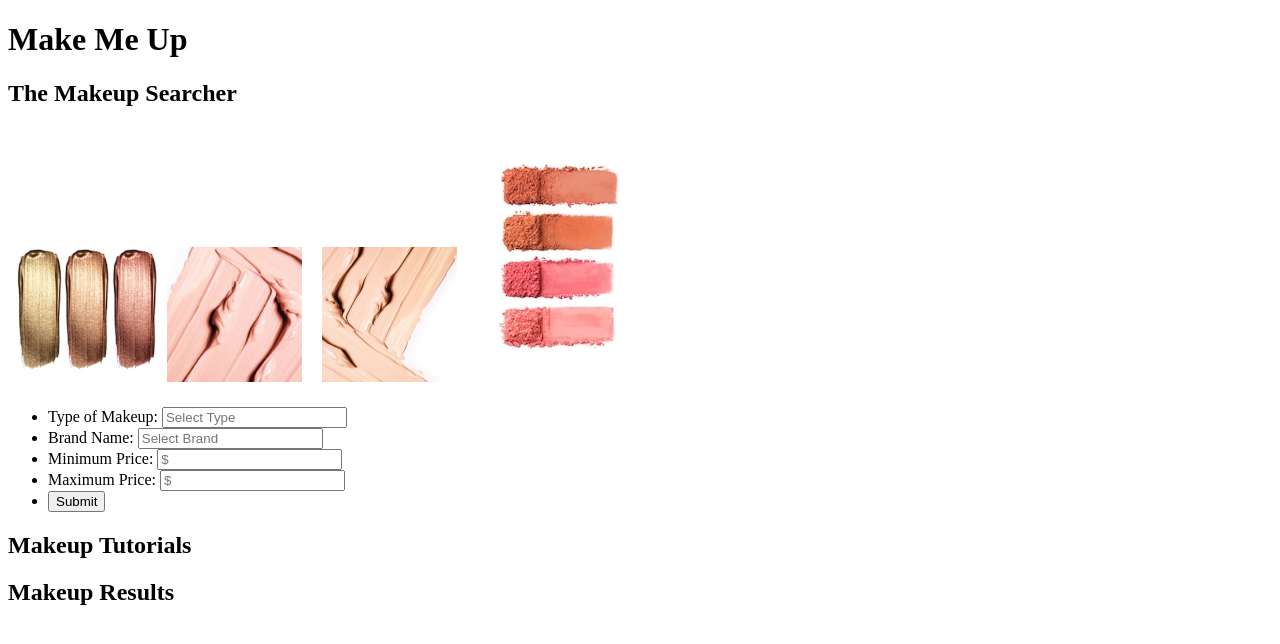
Repository: kaitlynMidori/MakeMeUp
Page: index.html
An editor plug-in stored every save of this project. The page is shown before and after the next save, followed by the edit.
The browser window is 1280 px wide. The pictures show the whole page.

Above is the page before, as saved 2020-12-14 12:06:08.

After the next save:
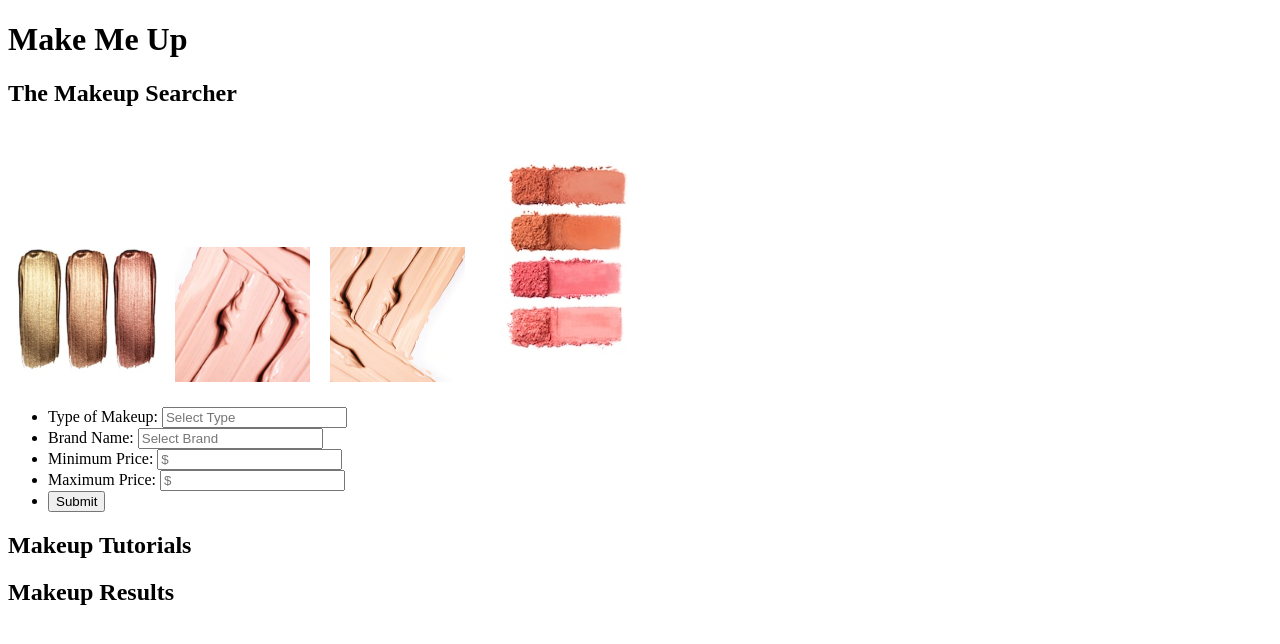
Saved 28 s later.
--- a/index.html
+++ b/index.html
@@ -18,7 +18,7 @@
     </header>
 
     <div id="img-container" class="img" style="padding: 5px;">
-        <img src="images/smear2.png" alt="lipstick smear" height="150px" width="150px" style="padding-top: 10px;">
+        <img src="images/smear2.png" alt="lipstick smear" height="150px" width="150px" style="padding-top: 10px; padding-right: 8px;">
         <img src="images/smear3.png" alt="blush smear" height="135px" width="135px" style="padding-top: 15px;padding-right: 8px;">
         <img src="images/smear1.png" alt="eyeshadow smear" height="135px" width="135px" style="padding-top: 15px;padding-left: 8px;">
         <img src="images/smear4.jpg" alt="concealer smear">
